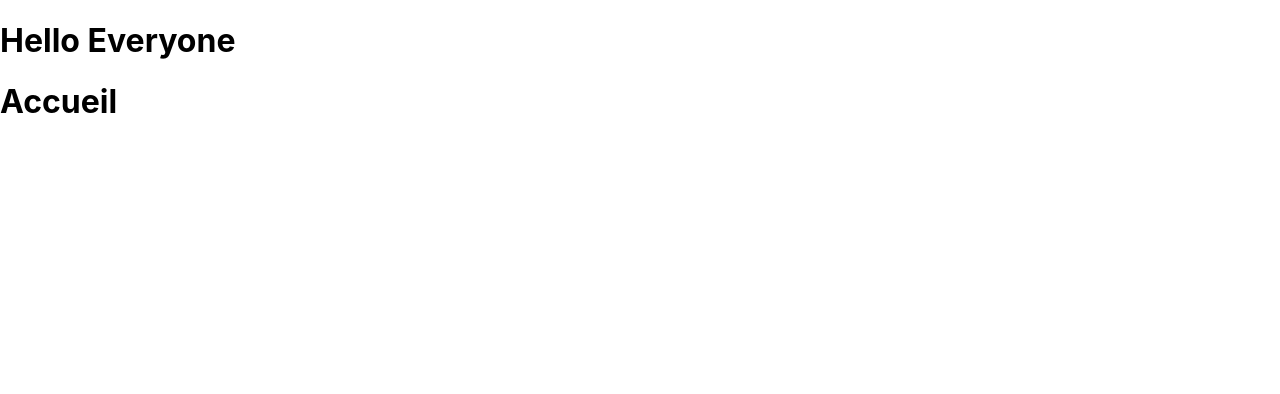
Repository: ahthionkevin/pays
Page: /
The author's editor kept a copy of each file at every save. The page is drawn from the files as they stood at one save, then again after the next save.
The browser window is 1280 px wide. The pictures show the whole page.
The project was rebuilt for these pictures with package versions that can differ from the ones it lists, and the page was loaded fresh each time.

Above is the page before, as saved 2021-06-16 16:53:35.

### src/App.js
import logo from './logo.svg';
import Home from './page/Home';

function App() {
  return (
    <div className="App">
       <h1>Hello Everyone</h1>
       <Home/>
    </div>
  );
}

export default App;

### src/page/Home.jsx
const Home = () =>{
    return(
        <div className="home">
            <h1>Accueil</h1>
        </div>
    )
}

export default Home;

Loaded but not shown: public/index.html (common file); src/index.js (common file); src/index.css (common file); src/reportWebVitals.js (common file)

After the next save:
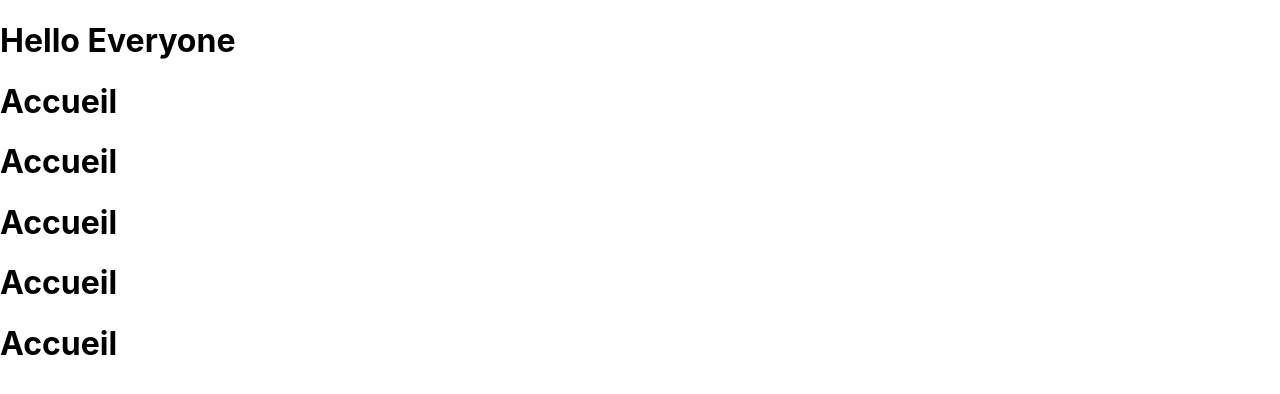
Saved 21 s later.
--- a/src/App.js
+++ b/src/App.js
@@ -6,6 +6,10 @@
     <div className="App">
        <h1>Hello Everyone</h1>
        <Home/>
+       <Home/>
+       <Home/>
+       <Home/>
+       <Home/>
     </div>
   );
 }
